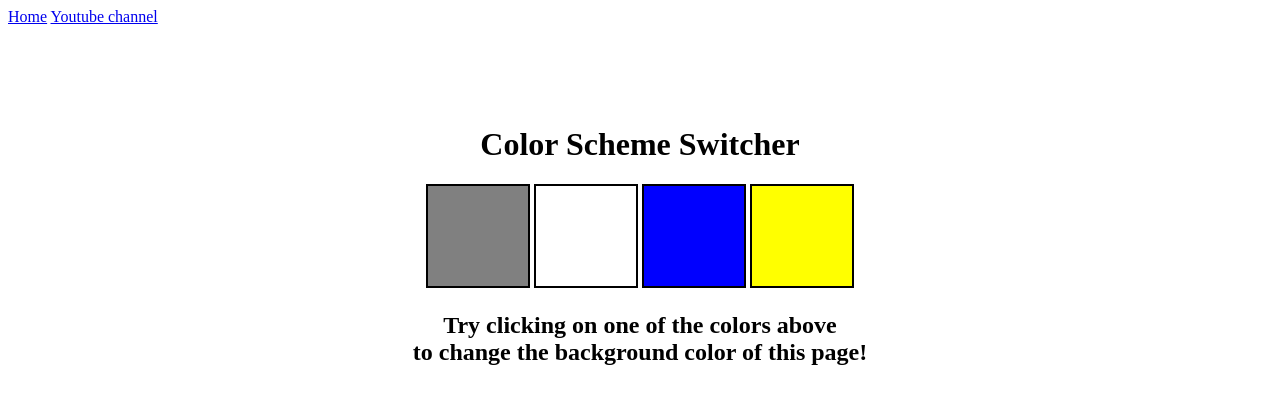
Repository: VishwaGoswami1407/JavaScript-Practice
Page: 07_projects/project1.html
The author's editor kept a copy of each file at every save. The page is drawn from the files as they stood at one save, then again after the next save.
The browser window is 1280 px wide. The pictures show the whole page.

Above is the page before, as saved 2024-07-06 19:50:12.
Not found: 07_projects/chaiaurcode.js
Not found: styles.css

After the next save:
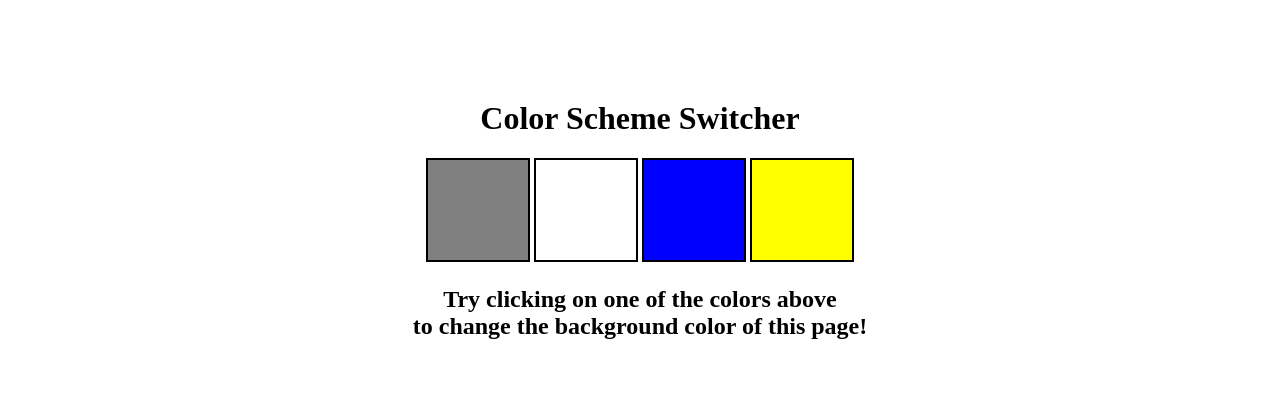
Saved 51 s later.
--- a/07_projects/project1.html
+++ b/07_projects/project1.html
@@ -4,17 +4,12 @@
     <meta charset="UTF-8" />
     <meta name="viewport" content="width=device-width, initial-scale=1.0" />
     <meta http-equiv="X-UA-Compatible" content="ie=edge" />
-    <link rel="stylesheet" href="style.css" />
-    <link rel="stylesheet" href="../styles.css" />
+    <link rel="stylesheet" href="style1.css" />
+    <!-- <link rel="stylesheet" href="../styles.css" /> -->
     <title>JavaScript Background Color Switcher</title>
   </head>
   <body>
-    <nav>
-      <a href="/" aria-current="page">Home</a>
-      <a target="_blank" href="https://www.youtube.com/@chaiaurcode"
-        >Youtube channel</a
-      >
-    </nav>
+
     <div class="canvas">
       <!-- <a
         style="
